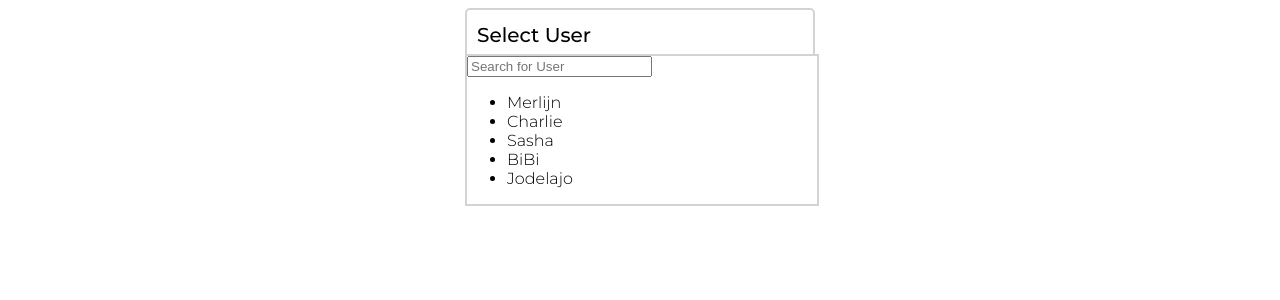
Repository: jodelajo/nuxt-filter-tutorial
Page: /
An editor plug-in stored every save of this project. The page is shown before and after the next save, followed by the edit.
The browser window is 1280 px wide. The pictures show the whole page.
The project was rebuilt for these pictures with package versions that can differ from the ones it lists, and the page was loaded fresh each time. The framework's server and built-in components were replaced by stand-ins that run in the browser. Also part of the build but not shown: nuxt.config.js, components/NuxtLogo.vue, components/Tutorial.vue.

Above is the page before, as saved 2021-12-11 12:36:47.

### pages/index.vue
<template>
  <div class="container">
    <div class="dropdown-wrapper">
      <div class="selected-item">
        <span>Select User</span>
      </div>
      <div class="dropdown-popover">
        <input
          v-model="searchQuery"
          type="text"
          placeholder="Search for User"
        />
        <div class="options">
          <ul>
            <li>Merlijn</li>
            <li>Charlie</li>
            <li>Sasha</li>
            <li>BiBi</li>
            <li>Jodelajo</li>
          </ul>
        </div>
      </div>
    </div>
  </div>
</template>

<script>
export default {};
</script>

<style scoped>
@import url("https://fonts.googleapis.com/css2?family=Montserrat:wght@100;200;300;500;700;900&family=Readex+Pro:wght@300;500;700&display=swap");

body {
  width: 100vw;
  height: 100vh;
}
.container {
  display: flex;
  flex-direction: column;
  /* justify-content: center; */
  align-items: center;
  justify-content: center;
   font-family: "Montserrat", sans-serif;
   font-weight: 300;
   font-size: 16px;

}
.dropdown-wrapper {
  width: 350px;
  height: auto;
  /* max-width: 350px; */
  position: relative;
  display: flex;
  align-self: center;
  justify-content: center;
  margin: 0 auto;
}
.selected-item {
  height: 40px;
  width: 100%;
  border: 2px solid lightgray;
  border-radius: 5px;
  padding: 5px 10px;
  display: flex;
  justify-content: space-between;
  align-items: center;
  font-size: 20px;
  font-weight: 500;
}

.dropdown-popover{
  position: absolute;
  border: 2px solid lightgray;
  top: 46px;
  left: 0;
  right: 0;
  background-color: white;
  width: 100%;

}
</style>

After the next save:
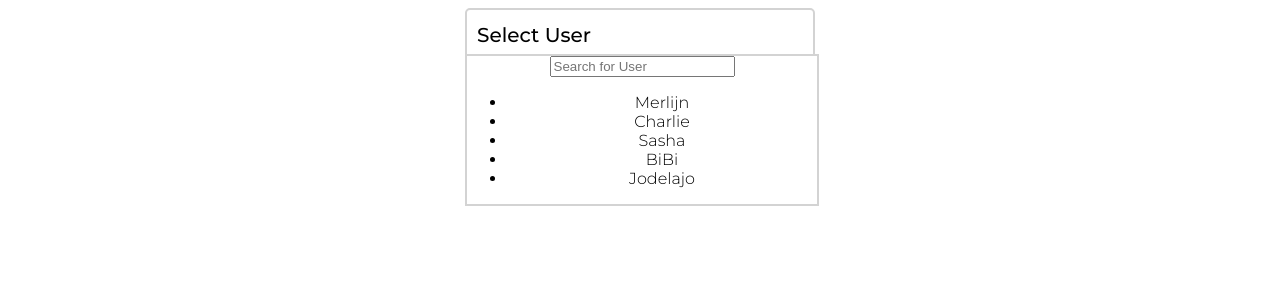
Saved 8 s later.
--- a/pages/index.vue
+++ b/pages/index.vue
@@ -52,7 +52,7 @@ body {
   /* max-width: 350px; */
   position: relative;
   display: flex;
-  align-self: center;
+  text-align: center;
   justify-content: center;
   margin: 0 auto;
 }
